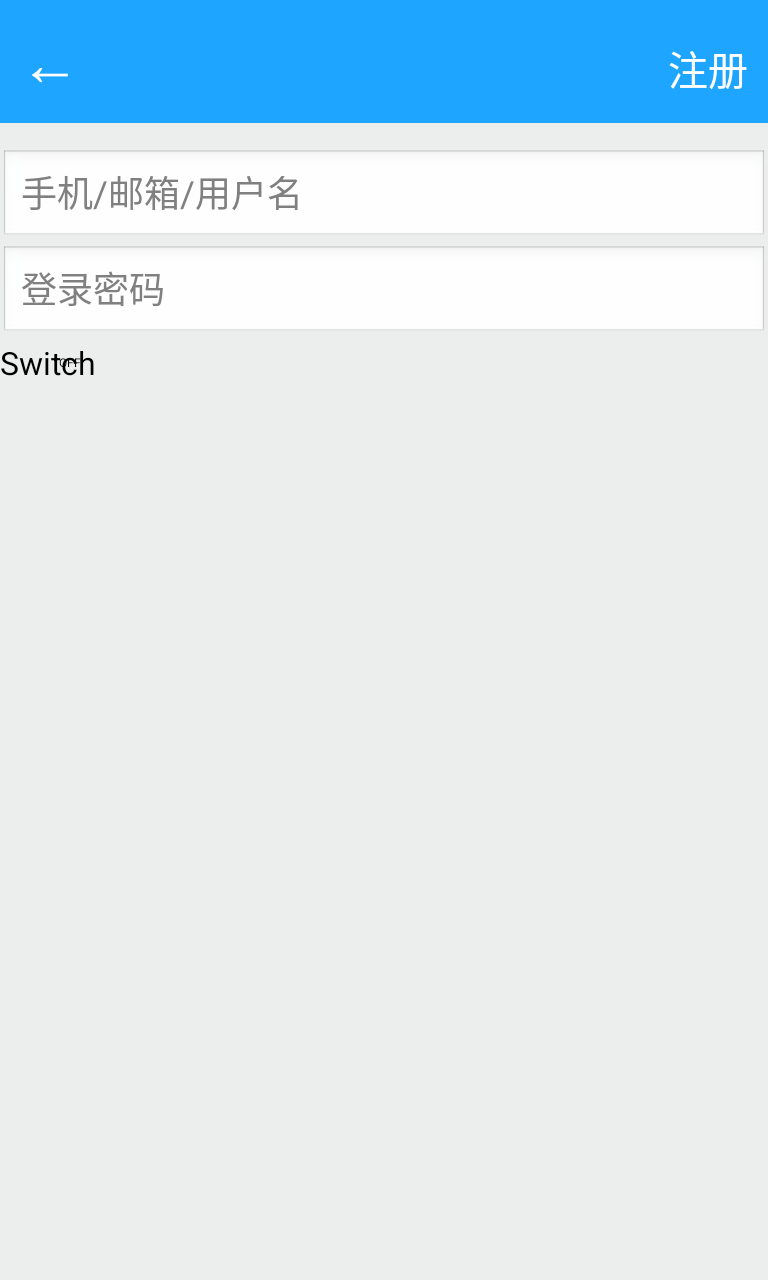
Repository: shi1hh/v
Layout: HungryTest/res/layout/login.xml
The author's editor kept a copy of each file at every save. The layout is drawn from the files as they stood at one save, then again after the next save.
It is drawn on a 768 x 1280 px phone screen (xhdpi) without system bars, with theme android:Theme.Light.NoTitleBar; the app's code is not run.

Above is the layout before, as saved 2015-10-24 17:02:09.

After the next save:
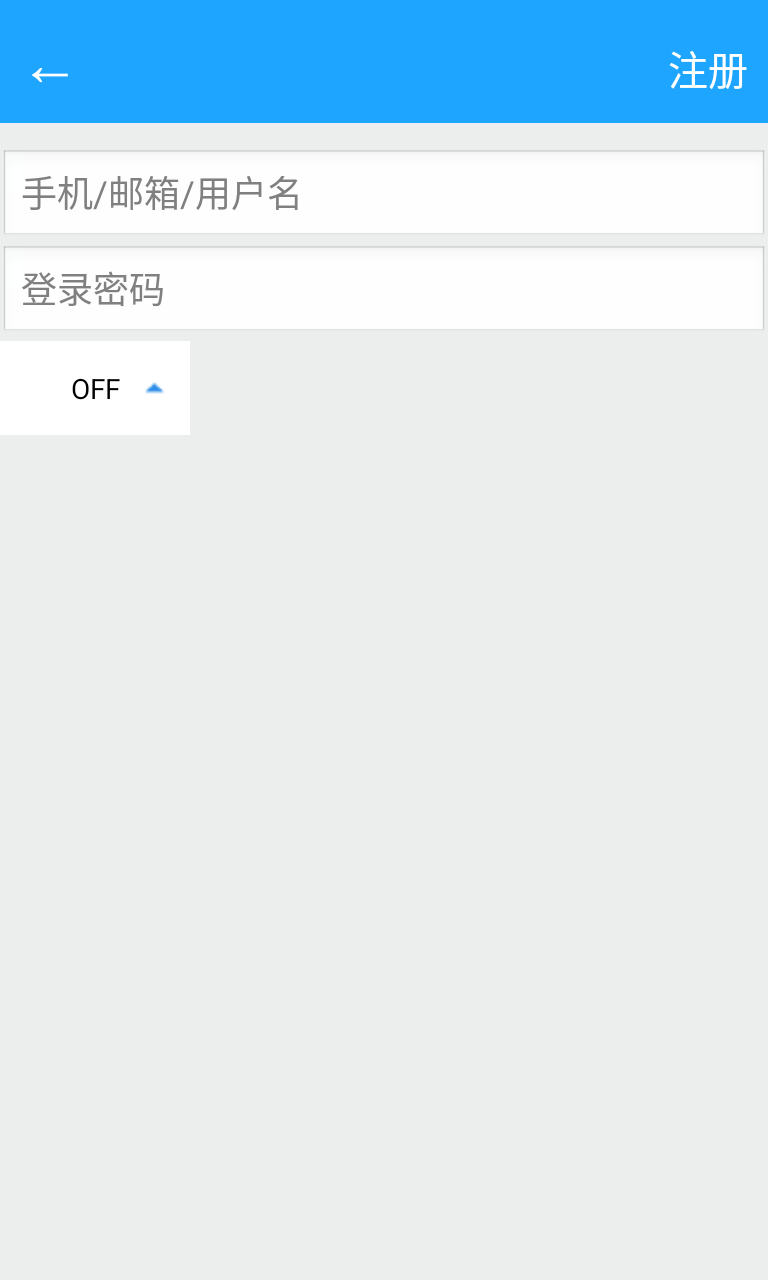
Saved 83 s later.
--- a/HungryTest/res/layout/login.xml
+++ b/HungryTest/res/layout/login.xml
@@ -54,10 +54,10 @@
         android:inputType="textPassword" >
     </EditText>
 
-    <Switch
-        android:id="@+id/switch1"
+    <ToggleButton
         android:layout_width="wrap_content"
         android:layout_height="wrap_content"
-        android:text="Switch" />
+        android:background="@drawable/selector_login_toggle"
+        />
 
 </LinearLayout>
